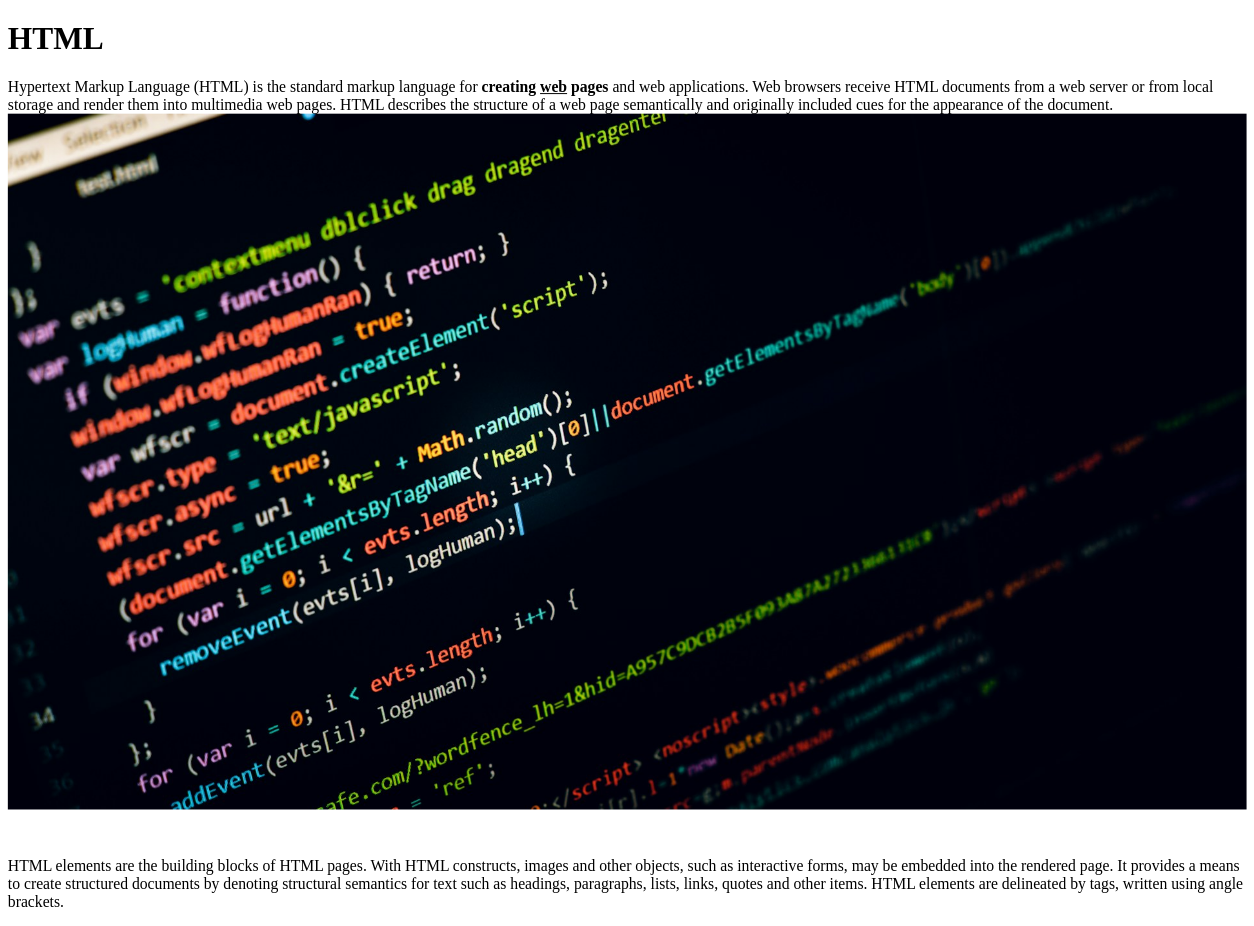
Repository: youngsik0405/Web-study
Page: Practice/WebContent/1.html
An editor plug-in stored every save of this project. The page is shown before and after the next save, followed by the edit.
The browser window is 1280 px wide. The pictures show the whole page, at 98% of full size.

Above is the page before, as saved 2025-01-20 11:45:01.

After the next save:
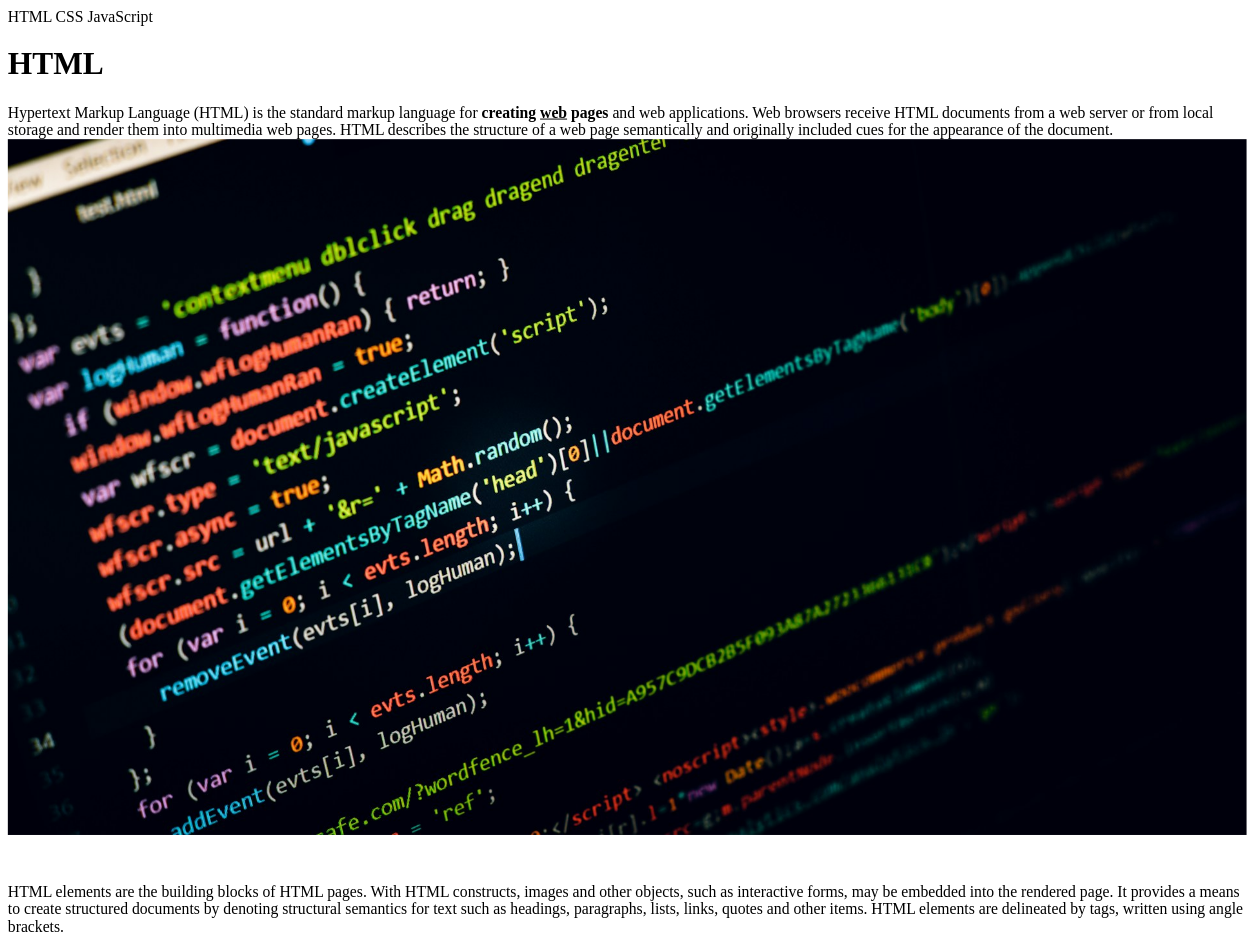
Saved 2 min 33 s later.
--- a/Practice/WebContent/1.html
+++ b/Practice/WebContent/1.html
@@ -5,6 +5,11 @@
 <title>Insert title here</title>
 </head>
 <body>
+
+HTML
+CSS
+JavaScript
+
 
 <h1>HTML</h1>
 <p>Hypertext Markup Language (HTML) is
